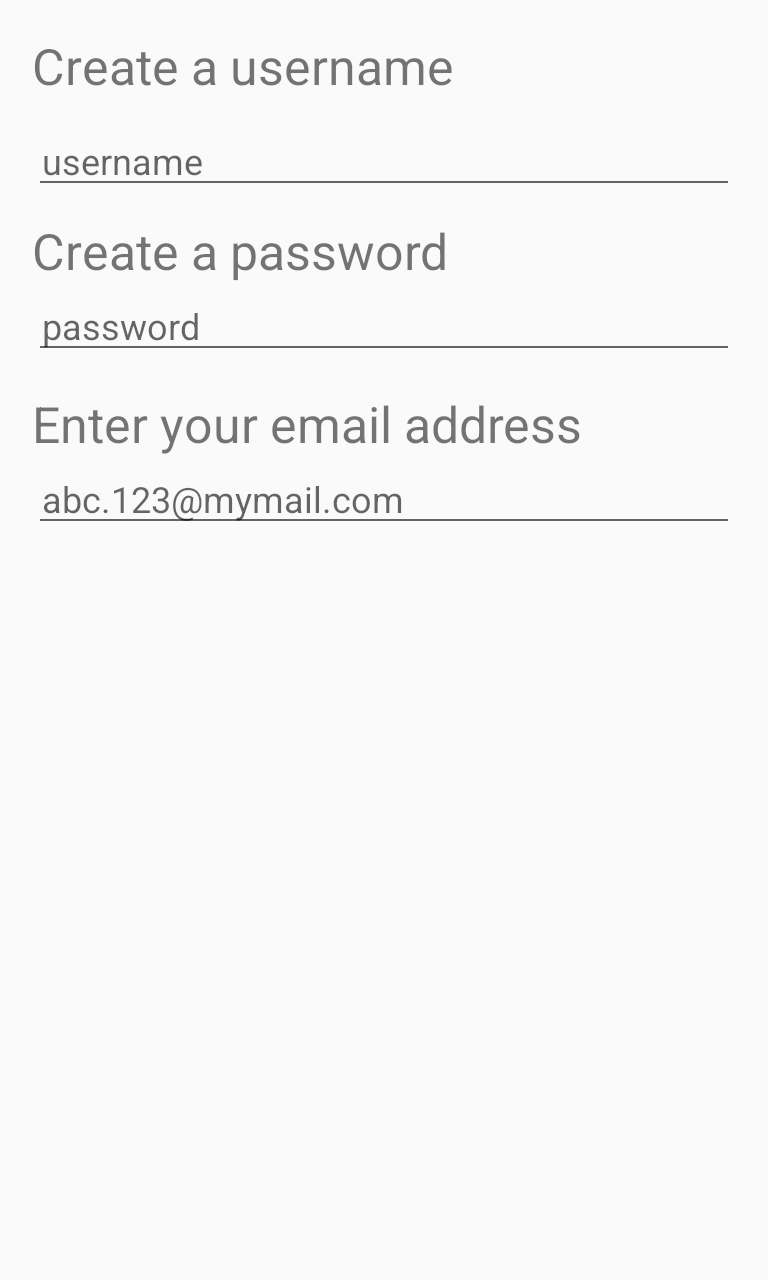
Repository: israelhill/Noteworthy
Layout: Noteworthy/res/layout/fragment_sign_up.xml
These files come from the project's save history. The layout is drawn as it stood at one moment and after the next save; the edit follows.
It is drawn on a 768 x 1280 px phone screen (xhdpi) without system bars, with theme AppTheme; the app's code is not run.

Above is the layout before, as saved 2014-09-06 10:52:04.

### Noteworthy/res/layout/fragment_sign_up.xml
<LinearLayout xmlns:android="http://schemas.android.com/apk/res/android"
    xmlns:tools="http://schemas.android.com/tools"
    android:layout_width="match_parent"
    android:layout_height="match_parent"
    android:paddingBottom="@dimen/activity_vertical_margin"
    android:paddingLeft="@dimen/activity_horizontal_margin"
    android:paddingRight="@dimen/activity_horizontal_margin"
    android:paddingTop="@dimen/activity_vertical_margin"
    tools:context="com.noteworthy.SignUp$PlaceholderFragment"
    android:orientation="vertical" >

    <TextView
        android:layout_width="wrap_content"
        android:layout_height="wrap_content"
        android:text="@string/enter_username"
        android:textSize="25sp" />

    <EditText
    android:id="@+id/signup_username"
    android:layout_width="match_parent"
    android:layout_height="40dp"
    android:hint="@string/username"
    android:layout_marginBottom="9dp"
    android:layout_marginTop="10dp"
    android:paddingLeft="5dp"/>

    <TextView
        android:layout_width="wrap_content"
        android:layout_height="wrap_content"
        android:text="@string/enter_password"
        android:textSize="25sp"/>

<EditText
    android:id="@+id/signup_password"
    android:layout_width="match_parent"
    android:layout_height="40dp"
    android:hint="@string/password"
    android:inputType="textPassword"
    android:paddingLeft="5dp"
    android:layout_marginBottom="13dp"/>

<TextView
        android:layout_width="wrap_content"
        android:layout_height="wrap_content"
        android:text="@string/enter_email"
        android:textSize="25sp" />

<EditText
    android:id="@+id/email"
    android:layout_width="match_parent"
    android:layout_height="40dp"
    android:hint="@string/email_hint"
    android:paddingLeft="5dp"
    android:layout_marginBottom="13dp"
    android:inputType="textEmailAddress"/>

</LinearLayout>

### Noteworthy/res/values/strings.xml
<?xml version="1.0" encoding="utf-8"?>
<resources>

    <string name="app_name">Noteworthy</string>
    <string name="hello_world">Hello world!</string>
    <string name="action_settings">Settings</string>
    <string name="username">username</string>
    <string name="password">password</string>
    <string name="login">Login</string>
    <string name="signup">Sign Up</string>
    <string name="title_activity_sign_up">SignUp</string>
    <string name="enter_email">Enter your email address</string>
    <string name="enter_username">Create a username</string>
    <string name="enter_password">Create a password</string>
    <string name="email_hint">abc.123@mymail.com</string>

</resources>

Loaded but not shown: Noteworthy/res/values/styles.xml (common file); Noteworthy/res/values-v11/styles.xml (common file); Noteworthy/res/values-v14/styles.xml (common file); Noteworthy/res/values/dimens.xml (common file); Noteworthy/res/values-w820dp/dimens.xml (common file)

After the next save:
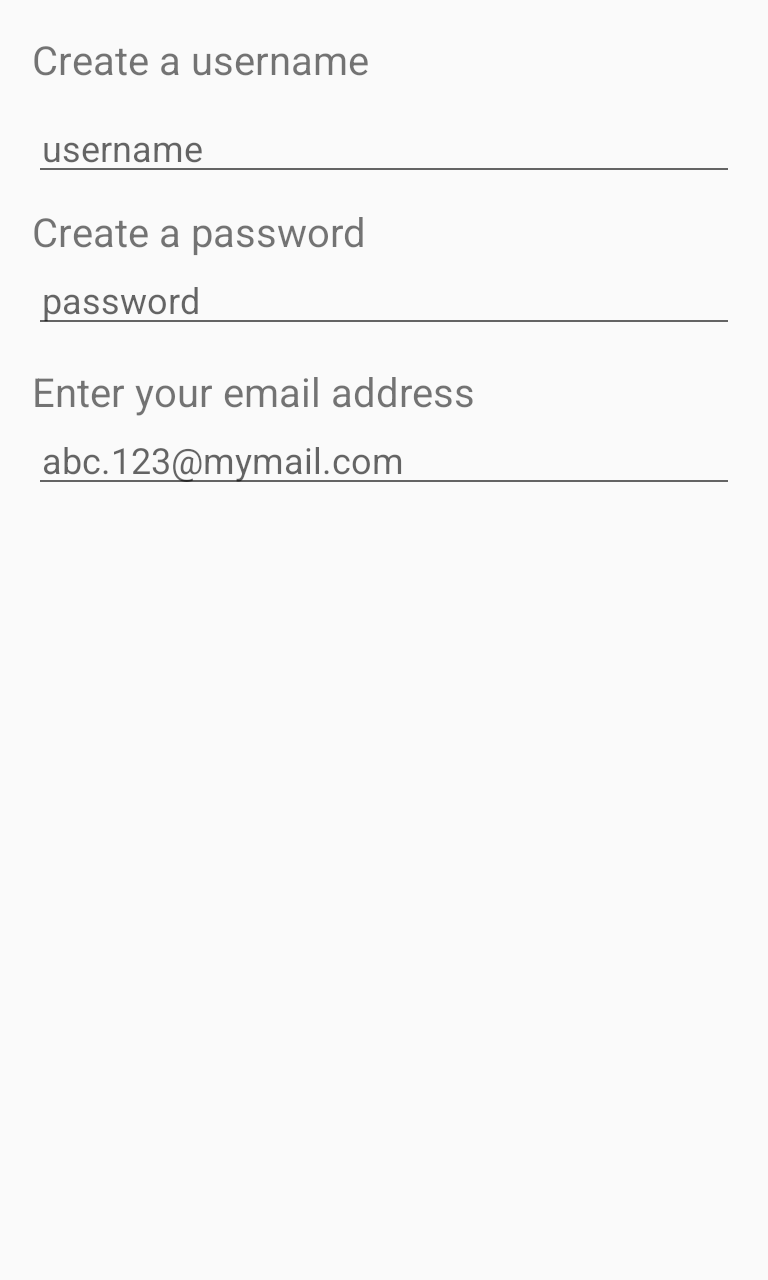
Saved 50 s later.
--- a/Noteworthy/res/layout/fragment_sign_up.xml
+++ b/Noteworthy/res/layout/fragment_sign_up.xml
@@ -13,7 +13,7 @@
         android:layout_width="wrap_content"
         android:layout_height="wrap_content"
         android:text="@string/enter_username"
-        android:textSize="25sp" />
+        android:textSize="20sp" />
 
     <EditText
     android:id="@+id/signup_username"
@@ -28,7 +28,7 @@
         android:layout_width="wrap_content"
         android:layout_height="wrap_content"
         android:text="@string/enter_password"
-        android:textSize="25sp"/>
+        android:textSize="20sp"/>
 
 <EditText
     android:id="@+id/signup_password"
@@ -43,7 +43,7 @@
         android:layout_width="wrap_content"
         android:layout_height="wrap_content"
         android:text="@string/enter_email"
-        android:textSize="25sp" />
+        android:textSize="20sp" />
 
 <EditText
     android:id="@+id/email"
